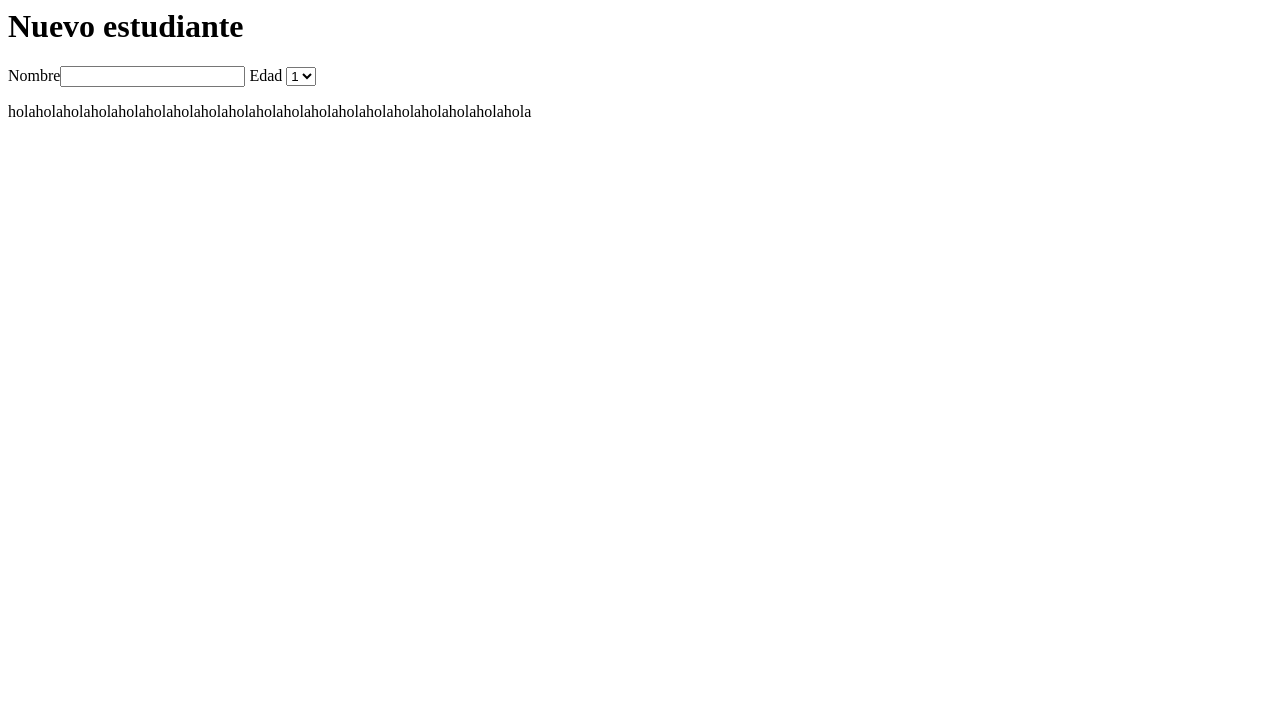
Repository: nicogcn/cursos-crud-jee
Page: angular-cursos/WebContent/zaix/createE.html
An editor plug-in stored every save of this project. The page is shown before and after the next save, followed by the edit.
The browser window is 1280 px wide. The pictures show the whole page.

Above is the page before, as saved 2017-05-03 00:03:10.

After the next save:
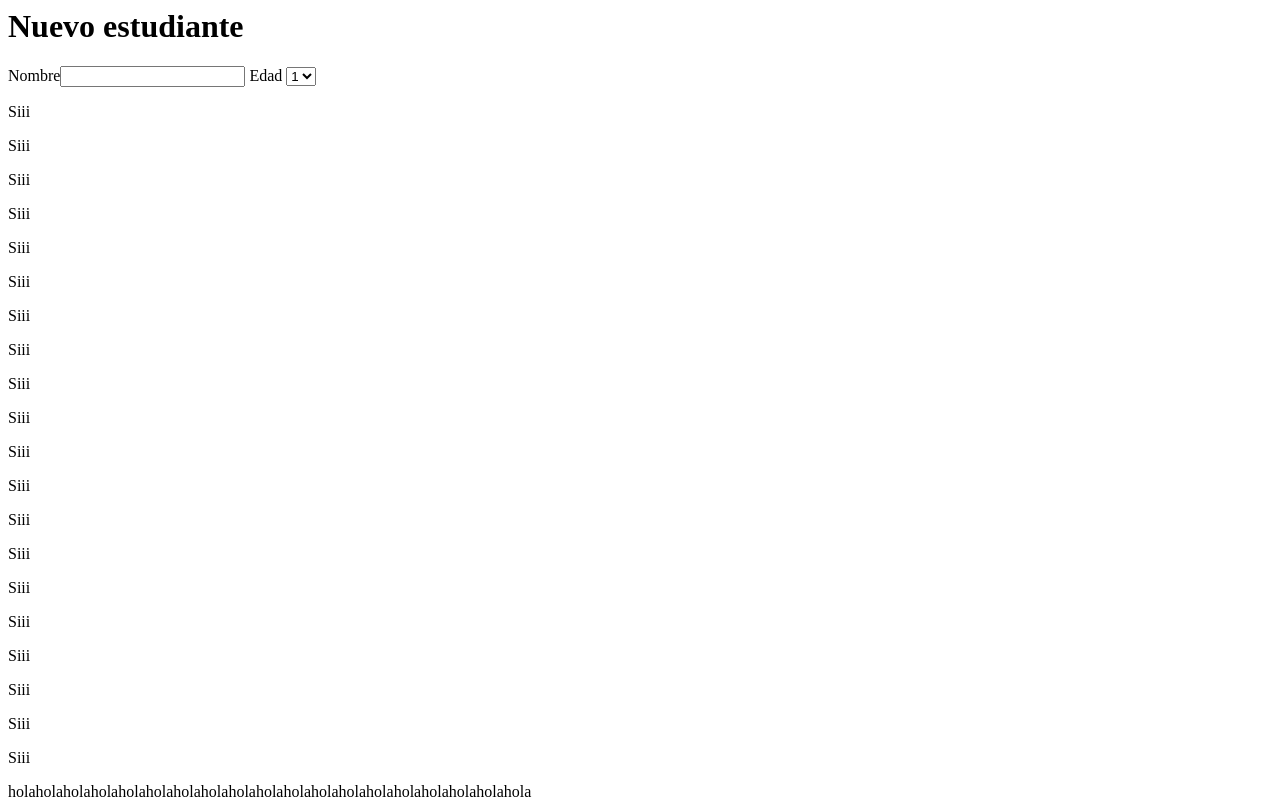
Saved 5 min 23 s later.
--- a/angular-cursos/WebContent/zaix/createE.html
+++ b/angular-cursos/WebContent/zaix/createE.html
@@ -9,6 +9,13 @@
 		</select>
 
 	</form>
+	<div>
+		<script type="text/javascript">
+			for (var int = 0; int < 20; int++) {
+				document.write("<p>Siii</p>")
+			}
+		</script>
+	</div>
 	<script>
 			for (var int = 15; int < 34; int++) {
 				document.write("hola");
